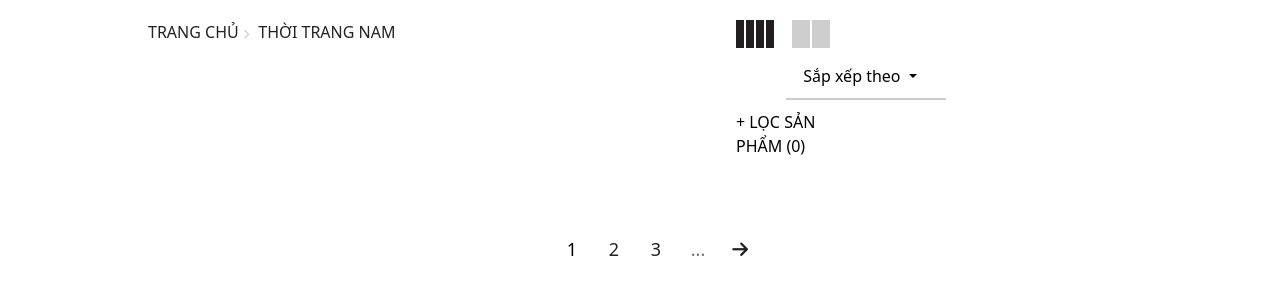
Repository: NguyenQuangQuan021099/FE_Page-Male
Page: index.html
The author's editor kept a copy of each file at every save. The page is drawn from the files as they stood at one save, then again after a run of saves.
The browser window is 1280 px wide. The pictures show the whole page.
The page's requests for data from a server got no answer. Some web libraries are served in a nearby version.

Above is the page before, as saved 2021-07-09 09:15:25.

After the next 3 saves:
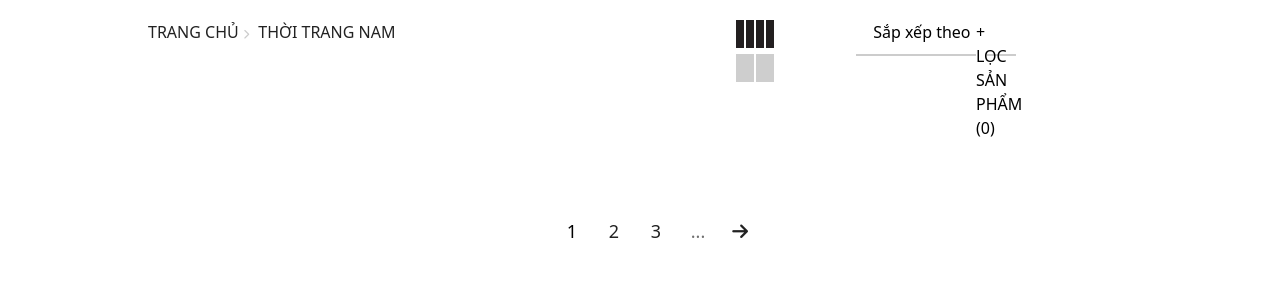
The 3 saves are shown as one change because they came seconds apart.
The last was saved 10 s later.
--- a/index.html
+++ b/index.html
@@ -22,12 +22,12 @@
     </div>
     <div class="sub__category__product__action col l-5">
       <div class="nav-2 row ">
-        <div class="toolbar__product col l-4 ">
+        <div class="toolbar__product col l-2 ">
           <a href="#" class="active" title="Lưới" ></a>
           <a href="./Danh sách/page1.html" class="disable" title="Danh sách" ></a>
         </div>
         <!-- --------------begin dropdown ------------------>
-        <div class="dropdown col l-">
+        <div class="dropdown col l-2">
           <button class="btn btn-secondary dropdown-toggle" type="button" id="dropdownMenuButton1" data-bs-toggle="dropdown" aria-expanded="false">
             Sắp xếp theo
           </button>
@@ -42,7 +42,7 @@
       <!-- -------------------end dropdown ---------------->
 
     <!-------------------- begin filter---------------- -->
-  <div class="filter__toggle col l-4">
+  <div class="filter__toggle col l-1">
     <div class="list-group">
       <button class="list-group-item list-group-item-action actived-list" aria-current="true" >
         + LỌC SẢN PHẨM (0)
